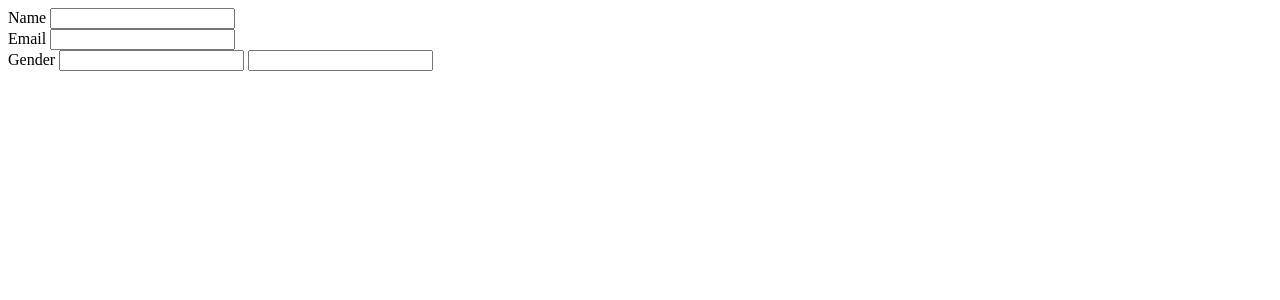
Repository: Lehuyhuynh/HTML
Page: HTML/Th1.html
These files come from the project's save history. The page is drawn as it stood at one moment and after a run of saves; the edit follows.
The browser window is 1280 px wide. The pictures show the whole page.

Above is the page before, as saved 2023-08-03 19:51:31.

### HTML/Th1.html
<!DOCTYPE html>
<html lang="en">
<head>
  <meta charset="UTF-8">
  <meta name="viewport" content="width=device-width, initial-scale=1.0">
  <title>Thucwj hanhf 1</title>
</head>
<body>
  <div>
    <label for="name">Name</label>
    <input type="text" id="name">
  </div>
  <div>
    <label for="email">Email</label>
    <input type="text" id="email">
  </div>
  <div>
    <label for="gender">Gender</label>
    <input type="gender" id="radio">
    <input type="gender" id="radio">
  </div>
</body>
</html>

After the next 2 saves:
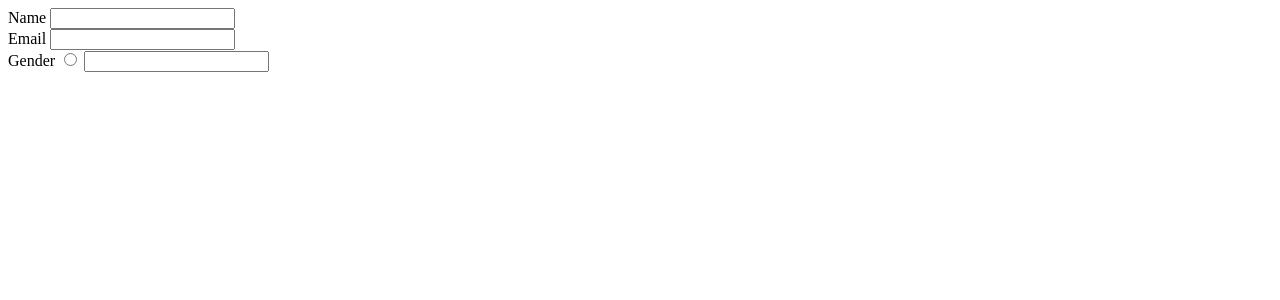
The 2 saves are shown as one change because they came seconds apart.
The last was saved 99 s later.
--- a/HTML/Th1.html
+++ b/HTML/Th1.html
@@ -16,8 +16,8 @@
   </div>
   <div>
     <label for="gender">Gender</label>
-    <input type="gender" id="radio">
-    <input type="gender" id="radio">
+    <input type="radio" id="radio">
+    <input type="g" id="radio">
   </div>
 </body>
 </html>
